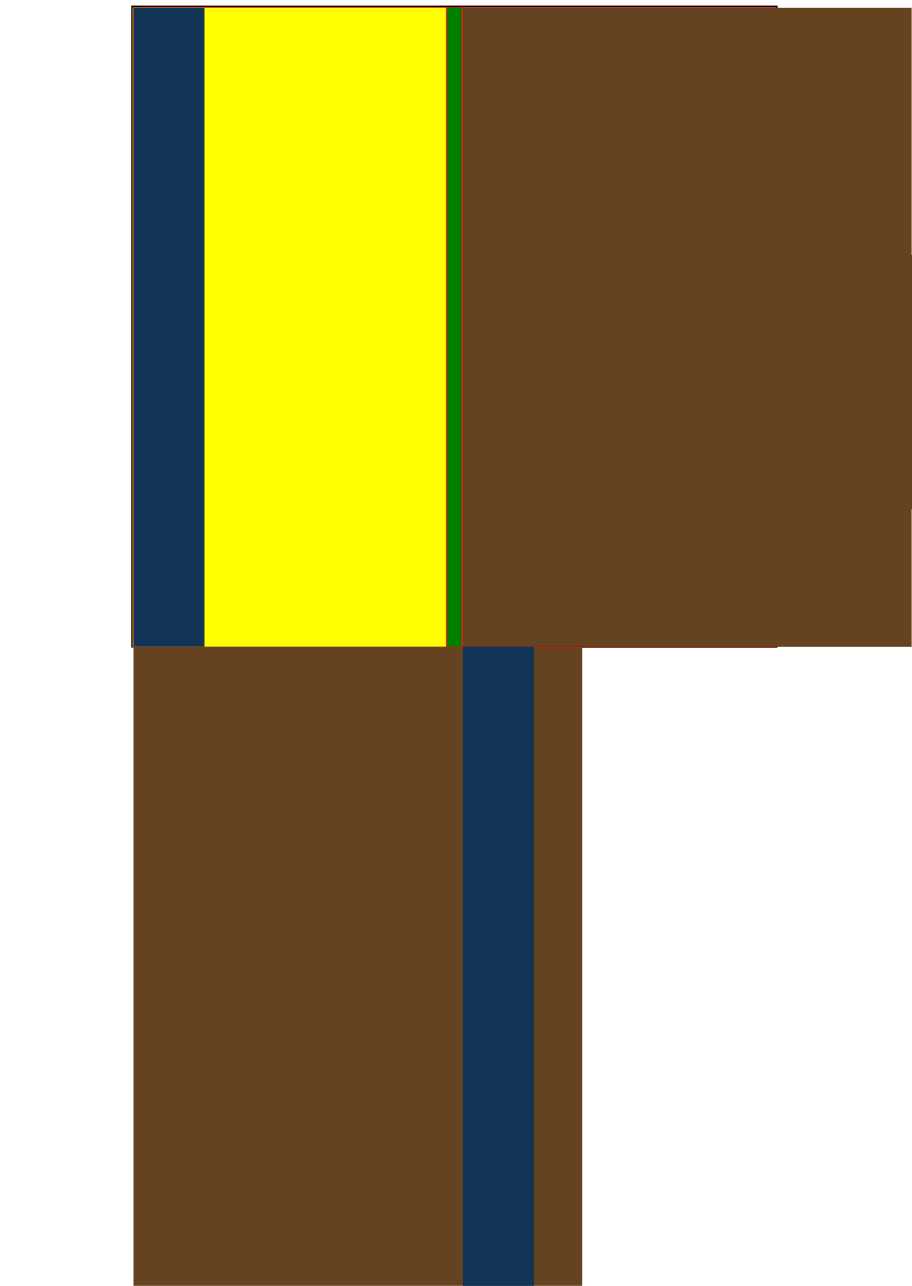
Repository: gabr/php_elicpse_workspace
Page: dwudzielna strona - test/index.html
The author's editor kept a copy of each file at every save. The page is drawn from the files as they stood at one save, then again after the next save.
The browser window is 1280 px wide. The page is 1284 px wide, so the pictures cover 1284 px, including what lies to the right of the window. The pictures show the whole page, at 71% of full size.

Above is the page before, as saved 2013-02-28 14:41:29.

After the next save:
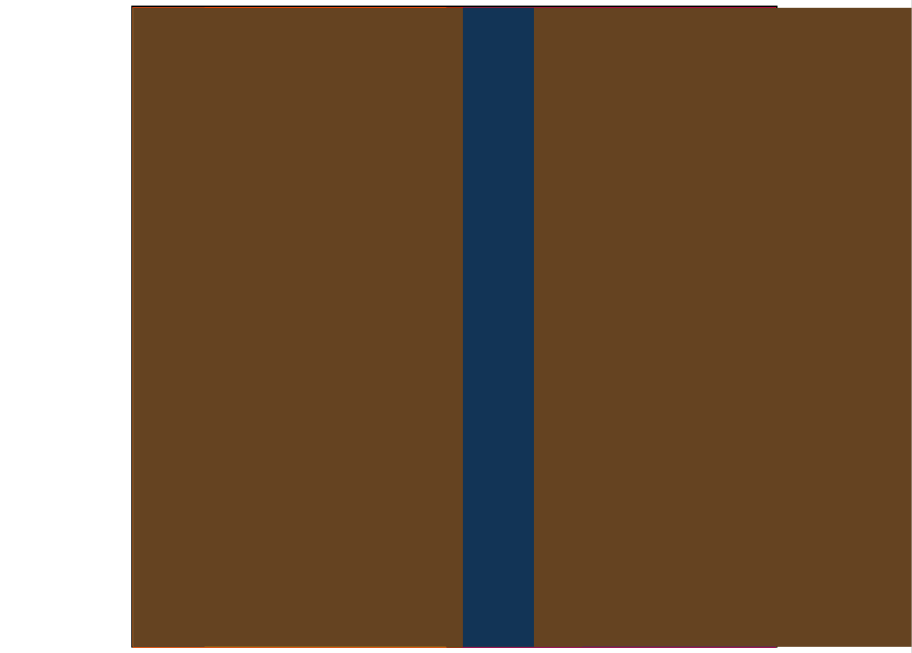
Saved 44 s later.
--- a/dwudzielna strona - test/style.css
+++ b/dwudzielna strona - test/style.css
@@ -35,11 +35,13 @@
 .panel {
   width: 100px;
   height: 900px;
+  position: absolute;
   background-color: #123456;
 }
 
 .tresc {
   width: 632px;
   height: 900px;
+  position: absolute;
   background-color: #654321;
 }
